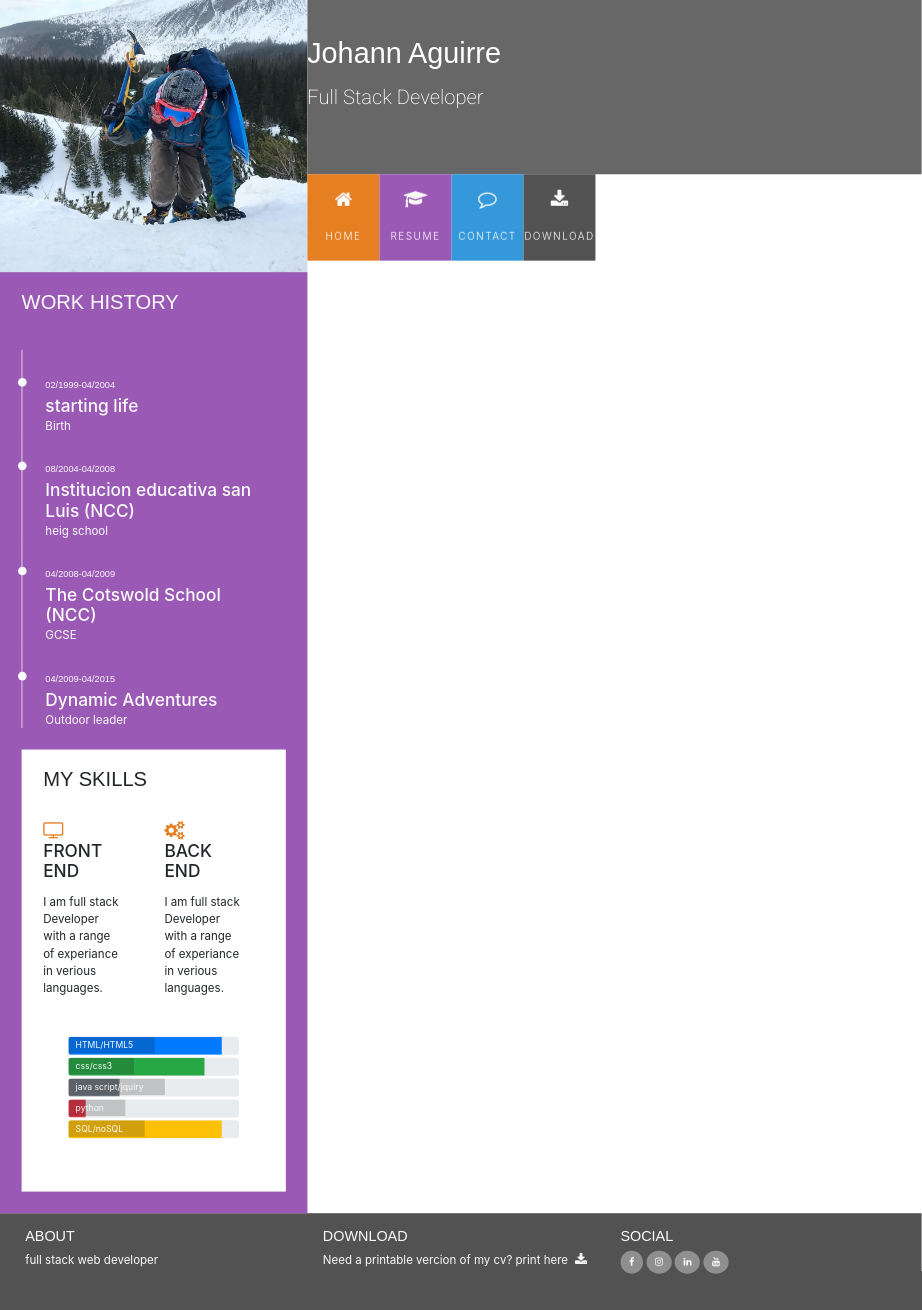
Repository: cachimiro/cv
Page: resume.html
The author's editor kept a record of every edit. The page is drawn from the files as they stood at one moment, then again after the next edit.
The browser window is 1280 px wide. The pictures show the whole page, at 72% of full size.
Some web fonts or font styles are not loaded; a fallback is used. Some web libraries are served in a nearby version.

Above is the page before.

### resume.html
<!DOCTYPE html>
<html lang="en">

<head>
    <meta charset="UTF-8">
    <meta name="viewport" content="width=device-width, initial-scale=1.0">
    <meta http-equiv="X-UA-Compatible" content="ie=edge">
    <link rel="stylesheet" href="https://stackpath.bootstrapcdn.com/bootstrap/4.2.1/css/bootstrap.min.css" type="text/css" />
    <link rel="stylesheet" href="https://stackpath.bootstrapcdn.com/font-awesome/4.7.0/css/font-awesome.min.css" type="text/css" />
    <link rel="stylesheet" href="https://cdnjs.cloudflare.com/ajax/libs/hover.css/2.3.1/css/hover-min.css" type="text/css" />
    <link rel="stylesheet" href="css/style.css" type="text/css" />
    <title>Johann Aguirre</title>
</head>

<body>
    <header>
        <div class="row no-gutters">
            <a href="index.html" class="col-md-4 logo">

            </a>
            <div class="col-md-8">
                <div class="row no-gutters">
                    <div class="col heading bg-color-name-title">
                        <h1 class="name">Johann Aguirre</h1>
                        <h2 class="title">Full Stack Developer</h2>

                    </div>
                </div>
                <div class="row no-gutters inline-block">
                    <div class="col"></div>
                    <ul id="nav" class="list-inline menucontainer">
                        <li class="col-6 col-sm-3 ui-menu-color-home list-inline-item menuitem">
                            <a href="#" class="hvr-sweep-to-bottom"><i class="fa fa-home " aria-hidden="true"></i><span>Home</span></a>
                        </li>
                        <li class="col-6 col-sm-3 ui-menu-color-resume list-inline-item menuitem">
                            <a href="#" class="hvr-sweep-to-bottom"><i class="fa fa-graduation-cap"aria-hidden="true"></i> <span>Resume</span></a>
                        </li>
                        <li class="col-6 col-sm-3 ui-menu-color-contact list-inline-item menuitem">
                            <a href="#" class="hvr-sweep-to-bottom"><i class="fa fa-comment-o" aria-hidden="true"></i><span>Contact</span></a>
                        </li>
                        <li class="col-6 col-sm-3 ui-menu-color-download list-inline-item menuitem">
                            <a href="#" class="hvr-sweep-to-bottom"><i class="fa fa-download" aria-hidden="true"></i><span>Download</span></a>
                        </li>

                        </li>
                    </ul>

                </div>

            </div>
        </div>
    </header>
    <section class="container-fluid">
        <div class="row">
            <div class="col-md-4 bg-color-work-history section-column">
                <div class="row">
                    <div class="col-12">
                        <h3 class="history-heading uppercase">work History</h3>
                    </div>
                </div>
                <div class="history-items">
                <div class="timeline-item" data-dates="02/1999-04/2004">
                    <h4>starting life</h4>
                    <p>Birth</p>
                </div>
                <div class="timeline-item" data-dates="08/2004-04/2008">
                    <h4>Institucion educativa san Luis (NCC)</h4>
                    <p>heig school</p>
                </div>
                <div class="timeline-item" data-dates="04/2008-04/2009">
                    <h4>The Cotswold School (NCC)</h4>
                    <p>GCSE</p>
                </div>
                <div class="timeline-item" data-dates="04/2009-04/2015">
                    <h4>Dynamic Adventures</h4>
                    <p>Outdoor leader</p>
                </div>
            </div>
            <div class="col-md-8 bg-color-three-reasons section-column">
                <div class="row">
                    <div class="col">
                        <h3 class="section-heading uppercase">My skills</h3>
                    </div>
                </div>
                <div class="row">
                    <div class="col-10 offset-1 offset-sm-0 col-sm-4 col-md-6">
                        <div class="row">
                            <div class="col-2">
                                <i class="three-reasons-icon fa fa-tv" aria-hidden="true"></i>
                            </div>
                            <div class="col-10">
                                <h4 class="three-reasons-heading uppercase">Front End</h4>
                                <p>I am full stack Developer with a range of experiance in verious languages.</p>
                            </div>
                        </div>
                    </div>
                    <div class="col-10 offset-1 offset-sm-0 col-sm-4 col-md-6">
                        <div class="row">
                            <div class="col-2">
                                <i class="three-reasons-icon fa fa-gears" aria-hidden="true"></i>
                            </div>
                            <div class="col-10">
                                <h4 class="three-reasons-heading uppercase">Back End</h4>
                                <p>I am full stack Developer with a range of experiance in verious languages.</p>
                            </div>
                        </div>
                    </div>


                </div>
                <div class="row progress-section">
                    <div class="col">
                        <div class="progress">
                            <div class="progress-bar" role="progressbar" aria-valuenow="90" aria-valuemin="0" aria-valuemax="100" style="width:90%;">
                                <span class="sr-only">90% complete</span>
                            </div>
                            <span class="progress-type">HTML/HTML5</span>
                        </div>
                        <div class="progress">
                            <div class="progress-bar bg-success" role="progressbar" aria-valuenow="70" aria-valuemin="0" aria-valuemax="100" style="width:80%;">
                                <span class="sr-only">70% complete</span>
                            </div>
                            <span class="progress-type">css/css3</span>
                        </div>

                        <div class="progress">
                            <div class="progress-bar bg-secondary" role="progressbar" aria-valuenow="50" aria-valuemin="0" aria-valuemax="100" style="width:30%;">
                                <span class="sr-only">10% complete</span>
                            </div>
                            <span class="progress-type">java script/jquiry</span>
                        </div>
                        <div class="progress">
                            <div class="progress-bar bg-danger" role="progressbar " aria-valuenow="30" aria-valuemin="0" aria-valuemax="100" style="width:10%;">
                                <span class="sr-only">8% complete</span>
                            </div>
                            <span class="progress-type">python</span>
                        </div>
                        <div class="progress">
                            <div class="progress-bar bg-warning" role="progressbar" aria-valuenow="90" aria-valuemin="0" aria-valuemax="100" style="width:90%;">
                                <span class="sr-only">90% complete</span>
                            </div>
                            <span class="progress-type">SQL/noSQL</span>
                        </div>
                    </div>
                </div>

            </div>
        </div>


    </section>
    <footer class="container-fluid">
        <div id="footer-detail" class="row">
            <div class="col-sm-4">
                <h5 class="uppercase general-sub">About</h5>
                <p class="inline-block">full stack web developer</p>
            </div>
            <div class="col-sm-4">
                <h5 class="uppercase general-sub">Download</h5>
                <p class="inline-block"> Need a printable vercion of my cv? print here
                    <a href="#" target="_blank" class="cv-pdf">
                <i class="fa fa-download" aria-hidden="true"></i>
                <span class="sr-only">Download link</span>
                </a>
                </p>
            </div>
            <div class="col-sm-4">
                <h5 class="uppercase general-sub">Social</h5>
                <ul class="list-inline social-links">
                    <li class="list-inline-item">
                        <a target="_blank" href="#">
                            <i class="fa fa-facebook" aria-hidden="true"></i>
                            <span class="sr-only">Facebook</span>
                        </a>
                    </li>
                    <li class="list-inline-item">
                        <a target="_blank" href="#">
                            <i class="fa fa-instagram" aria-hidden="true"></i>
                            <span class="sr-only">Instagram</span>
                        </a>
                    </li>
                    <li class="list-inline-item">
                        <a target="_blank" href="#">
                            <i class="fa fa-linkedin" aria-hidden="true"></i>
                            <span class="sr-only">Linkedin</span>
                        </a>
                    </li>
                    <li class="list-inline-item">
                        <a target="_blank" href="#">
                            <i class="fa fa-youtube" aria-hidden="true"></i>
                            <span class="sr-only">Youtube</span>
                        </a>
                    </li>
                </ul>

            </div>
        </div>


    </footer>

</body>

</html>

### css/style.css
@import url('https://fonts.googleapis.com/css?family=Roboto:100,200,300,400,500,600,700 | Exo 100,200,300,400,500,600,700');

/*--- colors*/

.bg-color-name-title {
    background-color: #676767;
}

.bg-color-three-reasons {
    background-color: #ffffff;
}

.bg-color-personal-info {
    background-color: #f4f4f4;
}

.bg-color-work-history {
    background-color: #9b59b6;

}

.bg-color-contact {
    background-color: #fff;
}
.ui-menu-color-home {
    background-color: #e67e22;


}

.ui-menu-color-resume {
    background-color: #9b59b6;

}

.ui-menu-color-contact {
    background-color: #3498db;

}

.ui-menu-color-download {
    background-color: #525252;
}

/*---- special paddings margins and text--*/

h1,
h2,
h3,
h4 {
    margin: 0;

}

.uppercase {
    text-transform: uppercase;
}

.general-sub {
    font-family: "Exo", sans-serif;
    font-weight: 300;
    color: #fafafa;

}

.inline-block {
    display: inline-block;

}

.row-table {
    display: table;
}

.section-column {
    display: table-cell;
    padding: 0 30px 30px;
    float: none;
}

.history-heading,
.section-heading {
    font-family: "Exo", sans-serif;
    font-weight: 300;
    margin-top: 25px;
    margin-bottom: 40px;
}


/*------- headings*/

header {
    margin: 0;
}

.logo {
    background: url("../images/johann.jpg");
    background-position: center;
    background-repeat: no-repeat;
    background-size: cover;
    min-height: 360px;
    transition: all .5s ease-in-out;
    -moz-transition: all .5s ease-in-out;
    -webkit-transition: all .5s ease-in-out;
}

.name {
    font-family: "exo", sans-serif;
    font-weight: 100;
    font-size: 40px;
    margin-top: 50px;
    color: #ffffff;
}

.title {
    font-family: "roboto", sans-serif;
    font-weight: 200;
    font-size: 28px;
    margin-top: 20px;
    margin-bottom: 90px;
    color: #ffffff;
}

.list-inline-item:not(:last-child) {
    margin: 0;
}

.menucontainer {
    font-size: 0;
}

.list-inline-item:not(:last-child) {
    margin: 0;
}

.menucontainer {
    font-size: 0;
}

#nav li {
    font-size: 14px;
    padding: 0;

}

.menuitem {
    height: 120px;
    text-align: center;
    padding: 0;
}

.menuitem a {
    width: 100px;
    text-decoration: 0;
    color: #fff;
    height: 120px;
}

.menuitem a i {
    padding: 22px;
    display: block;
    color: #fafafa;
    font-size: 26px;
}

.menuitem span {
    display: block;
    width: 100%;
    padding-top: 5px;
    text-align: center;
    text-transform: uppercase;
    font-size: 14px;
    font-weight: 300;
    letter-spacing: 2px;

}

/*-- hover.css*/

.hvr-sweep-to-bottom:before {
    background: rgb(0, 0, 0, 0.2);
    height: 120px;

}

/*--- footer*/

footer {
    background-color: #525252;
    color: #fafafa;
    min-height: 120px;
    margin: 0;
}

.cv-pdf i {
    font-size: 18px;
    color: #fafafa;
    text-align: center;
    padding-left: 5px;
    transition: all 0.35s ease-in-out;
    -moz-transition: all 0.35s ease-in-out;
    -webkit-transition: all 0.35s ease-in-out;
    -o-transition: all 0.35s ease-in-out;
}

.cv-pdf i:hover {
    color: #e84610
}

.social-links {
    padding-bottom: 15px;
}

.social-links li a i {
    widows: 32px;
    height: 32px;
    padding: 12px;
    border-radius: 50%;
    font-size: 13px;
    line-height: 7px;
    text-align: center;
    color: #fafafa;
    background: #8f8f8f;
    transition: all 0.35s ease-in-out;
    -moz-transition: all 0.35s ease-in-out;
    -webkit-transition: all 0.35s ease-in-out;
    -o-transition: all 0.35s ease-in-out;
}

.social-links li a i:hover {
    background: #e84610;

}

#footer-detail {
    padding: 20px;
}

/*-------- three reasons*/

.three-reasons-icon {
    font-size: 26px;
    color: #e67e22;
}

.three-reasons-heading {
    margin-bottom: 15px;
}

/*-----------------personal-info*/

.personal-info-item {
    margin-bottom: 20px;
    display: block;
    clear: both;

}

.personal-info-item .key,
.personal-info-item .value {
    padding-right: 8px;
    display: inline-block;

}

.personal-info-item .key p,
.personal-info-item .value p {
    margin: 0;
}

.personal-info-item .key {
    width: 30%;
    margin-right: 21px;
    padding-top: 2px;
    vertical-align: top;
}

.personal-info-item .key p {
    font-weight: 700;

}

.personal-info-item .value {
    position: relative;
    width: 60%;
}

/*--------------- skills*/

.progress {
    position: relative;
    height: 25px;
    margin-bottom: 4px;
}

.progress-type {
    position: absolute;
    left: 0px;
    font-weight: 400;
    padding: 3px 30px 2px 10px;
    color: #fafafa;
    background-color: rgb(25, 25, 25, 0.2);
}

.progress-section {
    margin: 40px 20px;
}

/*------------ work history*/

.history-heading {
    color: #fafafa;
    margin-bottom: 50px;

}

.timeline-item {
    padding: 4em 2em 0em 2em;
    position: relative;
    color: #fafafa;
    border-left: 1px solid;
}

.timeline-item p {
    padding: 0;
    margin: 0;
}

.timeline-item:before {
    content: attr(data-dates);
    position: absolute;
    left: 2.5em;
    top: 3em;
    display: block;
    font-family: "exo", sans-serif;
    font-weight: 500;
    font-size: 0.8em;
    padding: 0;
    margin: 0;
}

.timeline-item:after {
    width: 12px;
    height: 12px;
    display: block;
    top: 2.4em;
    position: absolute;
    left: -6px;
    border-radius: 12px;
    content: "";
    background-color: #fafafa;
}

.history-items {
    margin-bottom: 30px;

}
/*-----------contact form*/

.contact-heading{
    font-family: "exo", sans-serif;
    font-weight: 300;
    margin-top: 25px;
    margin-bottom: 20px;

}
.center-form{
    padding-top: 10px;
    margin: 0 auto;
    max-width: 70%;
}
button[type="submit"]{
    margin-top: 15px;
    margin-bottom: 20px;
    color: #fafafa;
    background-color: #e84610;
}
/*------------ media queris*/
@media(min-width: 992px){
    .center-form{
    padding-top: 30px;
    min-height: 240px;
    margin: 0 auto;
    max-width: 50%;
}

}

After the next edit:
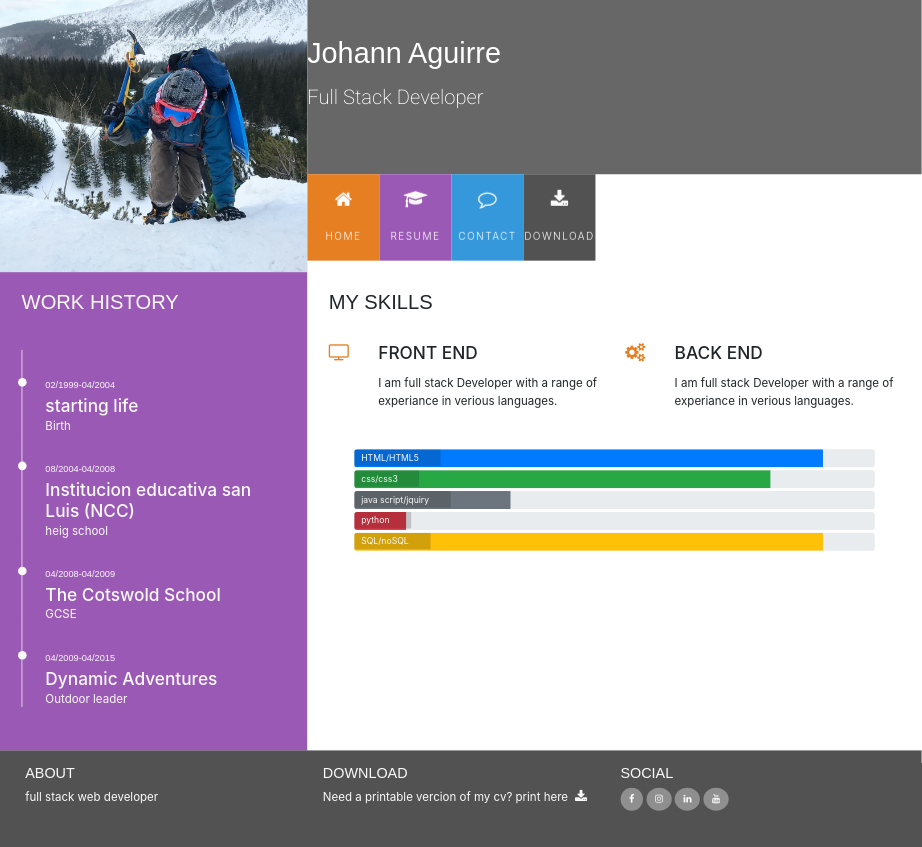
The edit:
--- a/resume.html
+++ b/resume.html
@@ -59,21 +59,22 @@
                     </div>
                 </div>
                 <div class="history-items">
-                <div class="timeline-item" data-dates="02/1999-04/2004">
-                    <h4>starting life</h4>
-                    <p>Birth</p>
-                </div>
-                <div class="timeline-item" data-dates="08/2004-04/2008">
-                    <h4>Institucion educativa san Luis (NCC)</h4>
-                    <p>heig school</p>
-                </div>
-                <div class="timeline-item" data-dates="04/2008-04/2009">
-                    <h4>The Cotswold School (NCC)</h4>
-                    <p>GCSE</p>
-                </div>
-                <div class="timeline-item" data-dates="04/2009-04/2015">
-                    <h4>Dynamic Adventures</h4>
-                    <p>Outdoor leader</p>
+                    <div class="timeline-item" data-dates="02/1999-04/2004">
+                        <h4>starting life</h4>
+                        <p>Birth</p>
+                    </div>
+                    <div class="timeline-item" data-dates="08/2004-04/2008">
+                        <h4>Institucion educativa san Luis (NCC)</h4>
+                        <p>heig school</p>
+                    </div>
+                    <div class="timeline-item" data-dates="04/2008-04/2009">
+                        <h4>The Cotswold School </h4>
+                        <p>GCSE</p>
+                    </div>
+                    <div class="timeline-item" data-dates="04/2009-04/2015">
+                        <h4>Dynamic Adventures</h4>
+                        <p>Outdoor leader</p>
+                    </div>
                 </div>
             </div>
             <div class="col-md-8 bg-color-three-reasons section-column">
